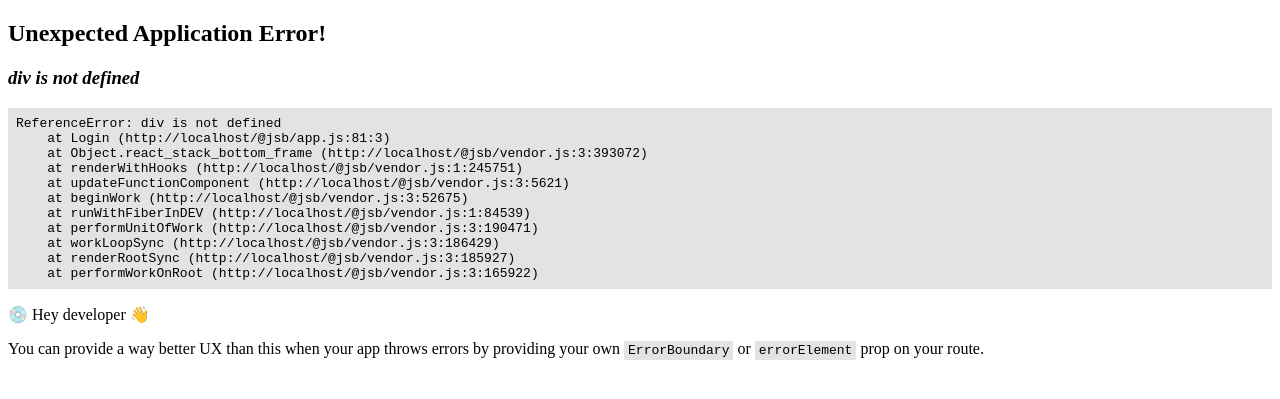
Repository: Anfel-bth/Tasky_
Page: /login (app in task-manager-frontend/)
The author's editor kept a copy of each file at every save. The page is drawn from the files as they stood at one save, then again after the next save.
The browser window is 1280 px wide. The pictures show the whole page.
The project was rebuilt for these pictures with package versions that can differ from the ones it lists, and the page was loaded fresh each time. Also part of the build but not shown: task-manager-frontend/vite.config.js, task-manager-frontend/src/index.css. Imported but missing from the stored project, and not drawn on this page: task-manager-frontend/src/Components/landingPage.

Above is the page before, as saved 2026-09-01 15:51:02.

### task-manager-frontend/index.html
<!doctype html>
<html lang="en">
  <head>
    <meta charset="UTF-8" />
    <link rel="icon" type="image/svg+xml" href="/favicon.svg" />
    <meta name="viewport" content="width=device-width, initial-scale=1.0" />
    <title>task-manager-frontend</title>
  </head>
  <body>
    <div id="root"></div>
    <script type="module" src="/src/main.jsx"></script>
  </body>
</html>

### task-manager-frontend/src/App.jsx
import { createBrowserRouter, RouterProvider } from "react-router-dom";
import Login from "./Components/login";
import LandingPage from "./Components/landingPage";
const router = createBrowserRouter([
  {
    path: "/",
    children: [
      {
        index: true,
        element: <LandingPage />,
      },
      {
        path: "login",
        element: <Login />,
      },
    ],
  },
]);export default function App() {
  return <RouterProvider router={router} />;
}

### task-manager-frontend/src/Components/login.jsx
export default function Login() {
    return (
div    )
}

Loaded but not shown: task-manager-frontend/src/main.jsx (common file)

After the next save:
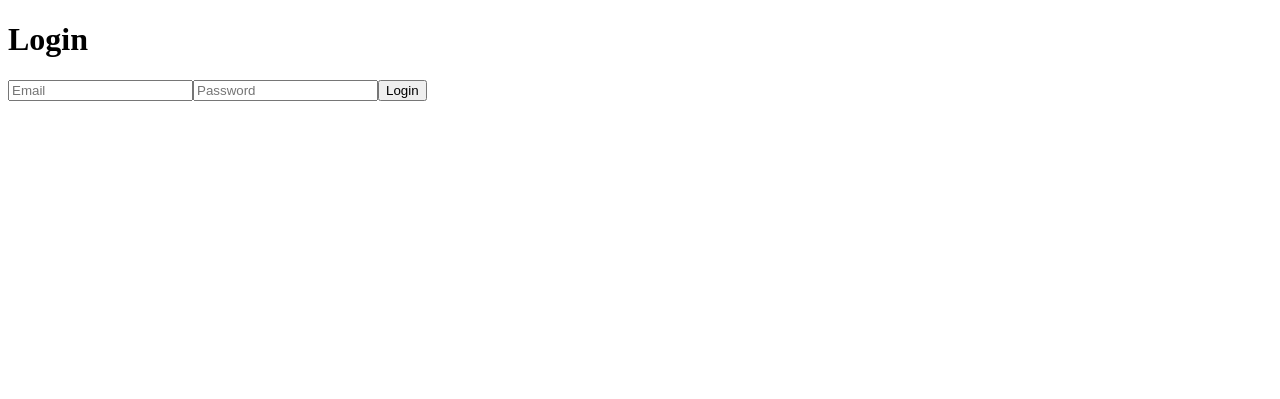
Saved 25 s later.
--- a/task-manager-frontend/src/Components/login.jsx
+++ b/task-manager-frontend/src/Components/login.jsx
@@ -1,4 +1,12 @@
 export default function Login() {
     return (
-div    )
+        <div className="min-h-screen bg-white font-[Manrope] text-[#474A57]">
+            <h1>Login</h1>
+            <form>
+                <input type="email" placeholder="Email" />
+                <input type="password" placeholder="Password" />
+                <button type="submit">Login</button>
+            </form>
+        </div>
+    )
 }
